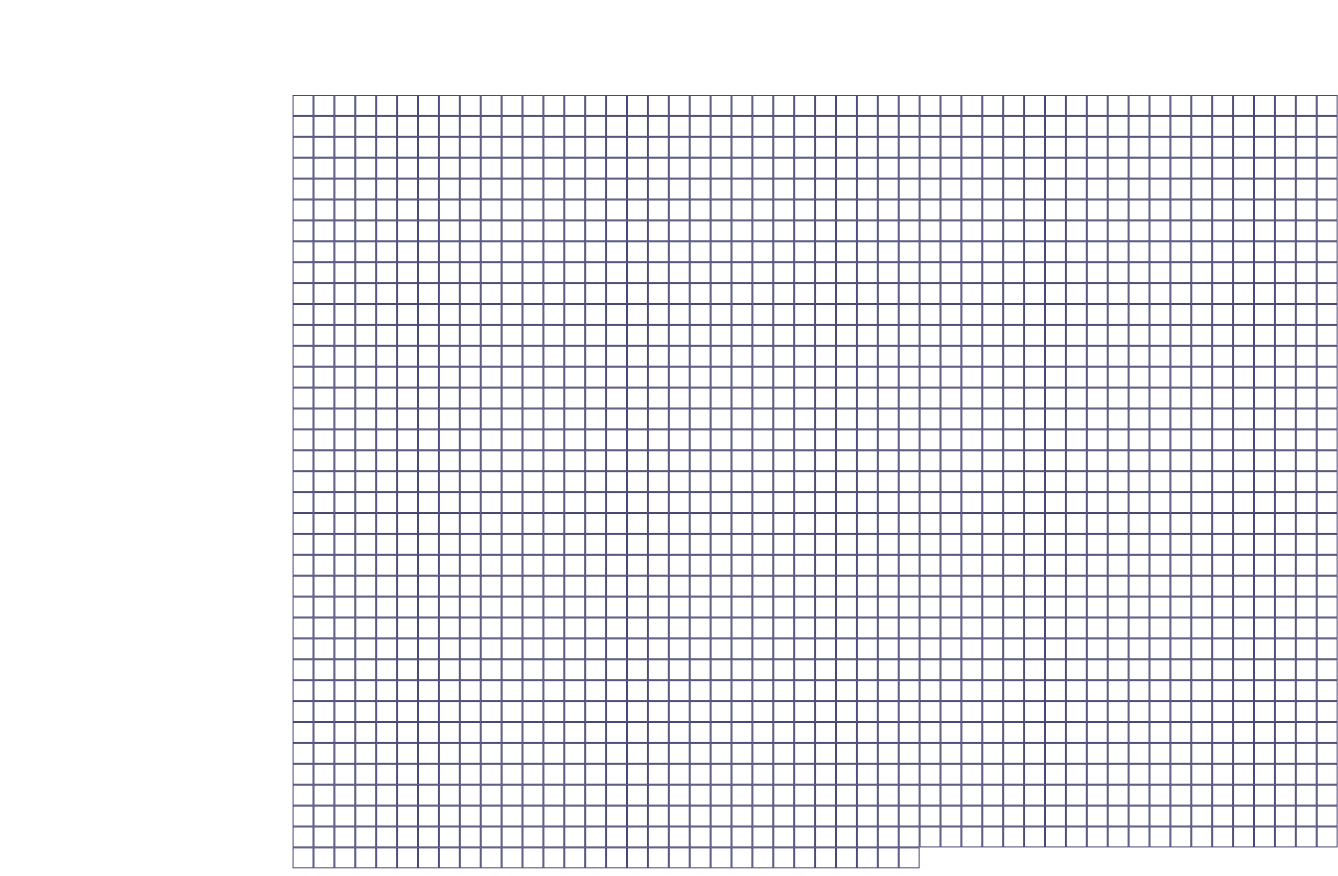
Repository: NikhilJohny/Pathfinding---ReactJS
Page: /
The author's editor kept a copy of each file at every save. The page is drawn from the files as they stood at one save, then again after the next save.
The browser window is 1280 px wide. The page is 1408 px wide, then 1280 px, so the pictures cover 1408 px, including what lies to the right of the window. The pictures show the whole page, at 95% of full size.
The project was rebuilt for these pictures with package versions that can differ from the ones it lists, and the page was loaded fresh each time.

Above is the page before, as saved 2021-05-06 12:57:13.

After the next save:
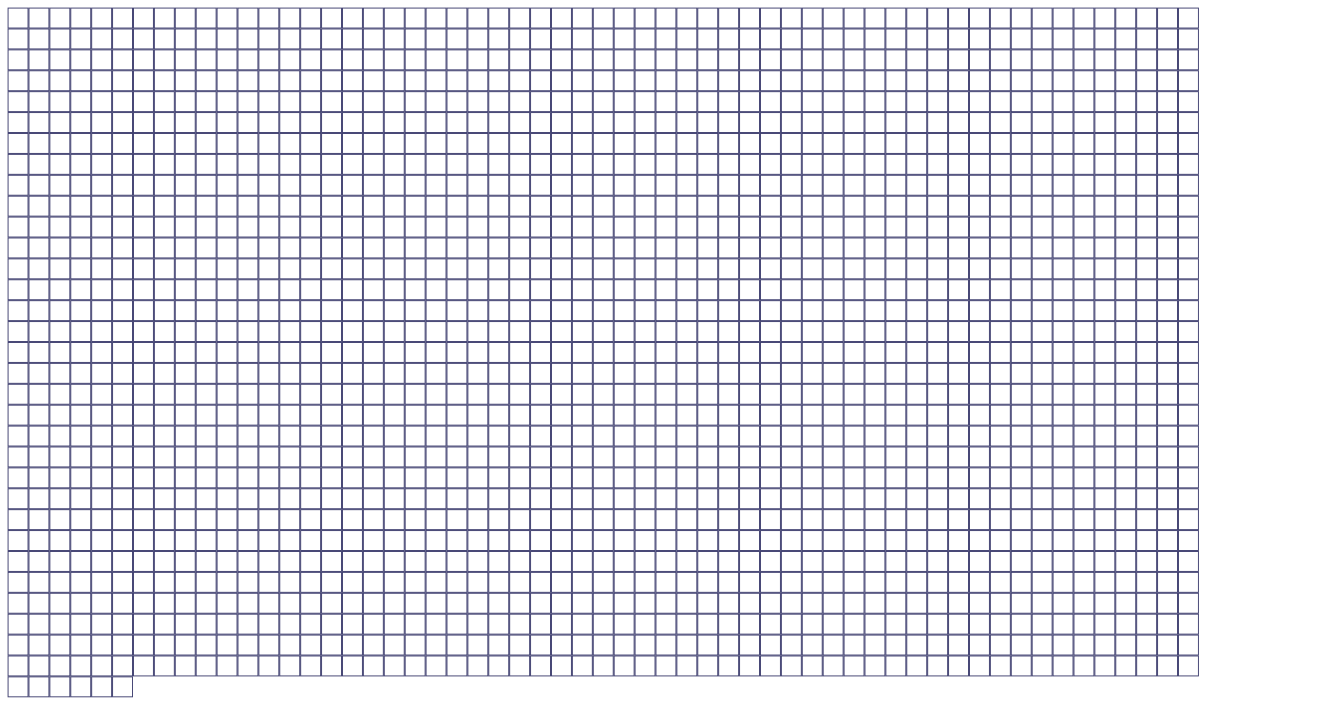
Saved 16 s later.
--- a/src/Node.css
+++ b/src/Node.css
@@ -1,8 +1,8 @@
 .canvas {
-    margin-top: 100px;
+    /* margin-top: 100px;
     margin-left: 300px;
     max-width: 11000px;
-    min-width: 1100px;
+    min-width: 1100px; */
 }
 
 .Node {
